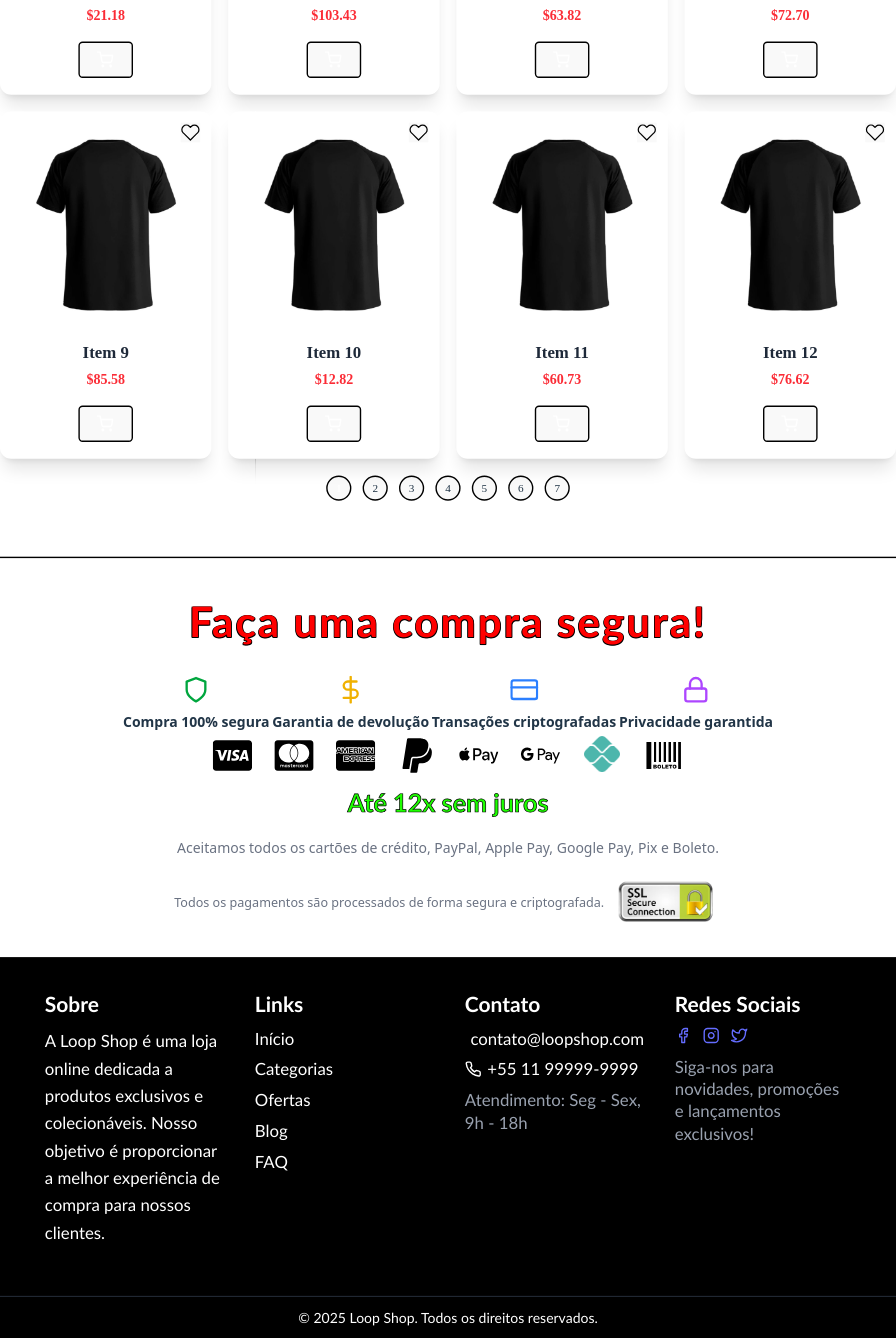
Repository: Kevin-Pro-Codes/looping-e-commerce
Page: / (app in loop-client/)
The author's editor kept a copy of each file at every save. The page is drawn from the files as they stood at one save, then again after the next save.
The browser window is 1280 px wide. The pictures show the part of the page from y = 1396 to 3316 px (the page is 3308 px tall before and 3316 px after), at 70% of full size.
The project was rebuilt for these pictures with package versions that can differ from the ones it lists, and the page was loaded fresh each time. Also part of the build but not shown: loop-client/vite.config.js.

Above is the page before, as saved 2025-10-02 19:11:30.

### loop-client/index.html
<!doctype html>
<html lang="en">
  <head>
    <meta charset="UTF-8" />
    <link rel="icon" type="image/svg+xml" href="/vite.svg" />
    <meta name="viewport" content="width=device-width, initial-scale=1.0" />
    <title>loop-client</title>
  </head>
  <body>
    <div id="root"></div>
    <script type="module" src="/src/main.jsx"></script>
  </body>
</html>

### loop-client/src/main.jsx
import { StrictMode } from 'react'
import { createRoot } from 'react-dom/client'
import "./index.css";
import App from './App.jsx'

createRoot(document.getElementById('root')).render(
  <StrictMode>
    <App />
  </StrictMode>,
)

### loop-client/src/index.css

@import "tailwindcss";


:root {
  font-family: "Calibri, sans-serif";
  line-height: 1.5;
  font-weight: 400;

  color-scheme: light dark;
  color: white;
  background-color: white;

  font-synthesis: none;
  text-rendering: optimizeLegibility;
  -webkit-font-smoothing: antialiased;
  -moz-osx-font-smoothing: grayscale;
}

a {
  font-weight: 500;
  color: #646cff;
  text-decoration: inherit;
}
a:hover {
  color: #535bf2;
}


body {
  margin: 0;
  min-width: 320px;
  min-height: 100vh;
  /* remove display: flex, place-items, justify-content */
}

h1 {
  font-size: 3.2em;
  line-height: 1.1;
}

/* Scrollbar track size */
html::-webkit-scrollbar,
body::-webkit-scrollbar {
  width: 8px;   /* vertical scrollbar */
  height: 8px;  /* horizontal scrollbar */

}

ul::-webkit-scrollbar {
  width: 6px; /* Adjust thickness */
}

/* Scrollbar track (background bar) */
html::-webkit-scrollbar-track,
body::-webkit-scrollbar-track
{
  background-color: rgba(0, 0, 0, 0.05); /* light gray or transparent */
  border-radius: 9999px;
}

ul::-webkit-scrollbar-track {

  border-radius: 9999px;
}

ul::-webkit-scrollbar-thumb {
  background-color: #000; /* totally black */
  border-radius: 9999px;
  border: 2px solid rgba(0, 0, 0, 0.76); /* optional: padding effect */
}

/* Scrollbar thumb (draggable part) */
html::-webkit-scrollbar-thumb,
body::-webkit-scrollbar-thumb {
  background: linear-gradient(
    135deg,
    #ff0000,  /* red */
    #ff7f00,  /* orange */
    #ffff00,  /* yellow */
    #00ff00,  /* green */
    #0000ff,  /* blue */
    #8b00ff   /* violet */
  );
  border-radius: 9999px;
  border: 2px solid rgb(0, 0, 0); /* optional: padding effect */

}



/* Optional: hover effect for thumb */
html::-webkit-scrollbar-thumb:hover,
body::-webkit-scrollbar-thumb:hover,
ul::-webkit-scrollbar-thumb:hover {
  background-color: #000; /* stay black on hover */
}



/* Drawer scrollbar */
.drawer-scroll::-webkit-scrollbar {
  width: 6px;   /* slightly larger for outlined style */
}


/* Thumb with extreme rounded ends + outline */
.drawer-scroll::-webkit-scrollbar-thumb {

  border-radius: 9999px;          /* capsule / pill shape */
  border: 2px solid black;
}

/* Hover */
.drawer-scroll::-webkit-scrollbar-thumb:hover {
  background-color: #222;
}




@keyframes scaleInOut {
  0% {
    transform: scale(1);
  }
  50% {
    transform: scale(1.15); /* zoom in */
  }
  100% {
    transform: scale(1); /* back to normal */
  }
}

.animate-scaleSlow {
  animation: scaleInOut 12s ease-in-out infinite;
  transform-origin: bottom center; /* <-- crucial */
}




/*
button {
  border-radius: 8px;
  border: 1px solid transparent;
  padding: 0.6em 1.2em;
  font-size: 1em;
  font-weight: 500;
  font-family: inherit;
  background-color: orange;
  cursor: pointer;
  transition: border-color 0.25s;
}

button:hover {
  border-color: #646cff;
}
button:focus,
button:focus-visible {
  outline: 4px auto -webkit-focus-ring-color;
}
*/
@media (prefers-color-scheme: light) {
  :root {
    color: #213547;
    background-color: #ffffff;
  }
  a:hover {
    color: #747bff;
  }
  button {
    background-color: #f9f9f9;
  }
}

### loop-client/src/App.jsx
import React, { useState } from "react";
import Navbar from "./components/Navbar";
import Footer from "./components/Footer";
import Pagamento from "./components/Pagamento";
import modelTshirt from "./assets/model-tshirt.png";
import showImage from "./assets/bigbg.png";
import kurt from "./assets/kurt.png";
import { FiHeart, FiShoppingCart } from "react-icons/fi";

// Items for the grid
const items = Array.from({ length: 80 }, (_, i) => ({
  id: i + 1,
  title: `Item ${i + 1}`,
  price: `$${(Math.random() * 100 + 10).toFixed(2)}`,
  image: modelTshirt,
}));

// Banner combos
const bannerCombos = [
  { bg: showImage, overlay: kurt, animated: true },
  { bg: "green", overlay: null, animated: true },
  { bg: "green", overlay: null, animated: true },
];

function App() {
  const [currentBanner, setCurrentBanner] = useState(0);
  const [favorites, setFavorites] = useState([]);
  const [currentPage, setCurrentPage] = useState(1);

  const itemsPerPage = 12;
  const totalPages = Math.ceil(items.length / itemsPerPage);

  const toggleFavorite = (id) => {
    setFavorites((prev) =>
      prev.includes(id) ? prev.filter((fid) => fid !== id) : [...prev, id]
    );
  };

  // Slice items for current page
  const pagedItems = items.slice(
    (currentPage - 1) * itemsPerPage,
    currentPage * itemsPerPage
  );


  return (
    <div className="flex flex-col min-h-screen">
      <Navbar />

     <main className="flex-1 bg-white pt-[130px] lg:pt-[95px]">

        {/* Banner Carousel */}
        <div className="
  relative w-full
  h-[60vh]        /* default: mobile */
  sm:h-[80vh]      /* small devices ≥640px */
  md:h-[70vh]      /* medium devices ≥768px */
  lg:h-[60vh]      /* large devices ≥1024px */
  xl:h-[55vh]      /* extra-large devices ≥1280px */
  2xl:h-[50vh]     /* ultra-large devices ≥1536px */
  rounded-xl overflow-hidden border-b-4 border-black
">

          {bannerCombos[currentBanner].bg === "green" ? (
            <div
              className="w-full h-full transition-transform duration-700 ease-in-out animate-scaleSlow opacity-50"
              style={{ backgroundColor: "green" }}
            />
          ) : (
            <img
              src={bannerCombos[currentBanner].bg}
              alt="Shop Banner"
              className={`w-full h-full object-cover transition-transform duration-700 ease-in-out ${
                bannerCombos[currentBanner].animated
                  ? "animate-scaleSlow opacity-50"
                  : ""
              }`}
            />
          )}

          {bannerCombos[currentBanner].overlay && (
            <img
              src={bannerCombos[currentBanner].overlay}
              alt="Overlay"
              className="absolute bottom-0 left-1/2 transform -translate-x-1/2 w-[35%] md:w-[21%] sm:w-[15%] object-contain animate-scaleSlow"
              style={{ maxHeight: "63%" }}
            />
          )}

          {/* Dots */}
          <div className="absolute bottom-4 left-1/2 transform pl-3 -translate-x-1/2 flex space-x-3">
            {bannerCombos.map((_, idx) => (
              <button
                key={idx}
                className={`w-4 h-4 rounded-full transition-colors duration-300 ${
                  idx === currentBanner ? "bg-red-500" : "bg-gray-400"
                }`}
                onClick={() => setCurrentBanner(idx)}
              />
            ))}
          </div>
        </div>

        {/* Grid of items */}
        <div className="grid grid-cols-1 sm:grid-cols-2 md:grid-cols-4 gap-6 w-full max-w-[1650px] mx-auto mt-6">
          {pagedItems.map((item) => {
            const isFavorited = favorites.includes(item.id);

            return (
              <div
                key={item.id}
                className="relative bg-white rounded-2xl shadow-xl flex flex-col items-center p-6 hover:scale-105 transition-transform duration-300"
                style={{ minHeight: "450px" }}
              >
                {/* Heart */}
                <button
                  className="absolute top-4 right-4 transition-colors duration-300"
                  onClick={() => toggleFavorite(item.id)}
                >
                  <FiHeart
                    size={28}
                    style={{
                      stroke: "black",
                      strokeWidth: 1.5,
                      fill: isFavorited ? "red" : "none",
                    }}
                  />
                </button>

                <img
  src={item.image}
  alt={item.title}
  className="w-full h-[280px] object-contain rounded-xl mb-6"
/>
                <h2 className="text-xl sm:text-2xl font-bold mb-2 text-gray-800 text-center">
                  {item.title}
                </h2>
                <p className="text-red-500 font-semibold mb-4 text-lg sm:text-xl text-center">
                  {item.price}
                </p>
                <div className="w-full flex justify-center mt-2">
                  <button className="flex items-center justify-center bg-red-500 text-white px-6 py-3 rounded-md border-2 border-black hover:bg-red-600 transition-colors">
                    <FiShoppingCart className="text-2xl mr-0.5" />
                  </button>
                </div>
              </div>
            );
          })}
        </div>

        {/* Pagination */}
        <div className="flex justify-center space-x-4 mt-6 mb-20">
          {Array.from({ length: totalPages }, (_, idx) => (
            <button
              key={idx}
              onClick={() => setCurrentPage(idx + 1)}
              className={`px-3 py-1 rounded-full border-2 border-black transition-colors ${
                currentPage === idx + 1 ? "bg-red-500 text-white" : "bg-white"
              }`}
            >
              {idx + 1}
            </button>
          ))}
        </div>
      </main>

      <Pagamento />
      <Footer />
    </div>
  );
}

export default App;

### loop-client/src/components/Navbar.jsx
import React, { useState } from "react";
import { FiShoppingCart, FiMenu, FiUser, FiSearch } from "react-icons/fi";

import logo from '../assets/logo.png';
import enFlag from "../assets/eng.png";
import ptFlag from "../assets/pt.png";

const categories = [
  "Rock and roll", "Games", "Desenhos", "Super-heróis", "Filmes", "Futebol", "Basquete", "Luta", "Motociclismo",
  "Tecnologia", "Profissões", "Países",
  "Dinheiro", "Engraçados", "Feminino", "Psicodélico", "Psicodélicos", "Yoga", "Espiritualidade", "Aleatório"
];

const Navbar = () => {
  const [menuOpen, setMenuOpen] = useState(false);
  const [language, setLanguage] = useState("en"); // Track language


  const toggleLanguage = () => {
    setLanguage(prev => (prev === "en" ? "pt" : "en"));
  };

  const currentFlag = language === "en" ? enFlag : ptFlag;

  return (
    <>
    <nav className="bg-white shadow-md fixed top-0 left-0 w-full z-50">

{/* Top navbar */}
<div className="flex flex-col sm:flex-row justify-between sm:items-center pt-2 pb-2">

  {/* Logo + Title */}
  <div className="flex items-center space-x-2 flex-shrink-0">
    <img
      src={logo}
      alt="Logo"
      className="h-10 w-auto sm:h-12 p-0 align-middle block"
    />
    <span
     className="font-bold text-3xl sm:text-3xl md:text-3xl lg:text-4xl tracking-wide leading-tight text-transparent whitespace-nowrap truncate"

      style={{ fontFamily: "Calibri, sans-serif", WebkitTextStroke: "0.05em black" }}
    >
      Loop Shop
    </span>
  </div>

  {/* Flag + Search + Icons */}
  <div className="flex flex-col sm:flex-row sm:ml-5 ml-4 mt-2 sm:mt-0 w-full sm:w-auto">
    <div className="flex items-center space-x-2 sm:space-x-3 w-full sm:w-auto">
      {/* Flag */}
      <img
        src={currentFlag}
        alt={language === "en" ? "English" : "Português"}
        className="h-10 w-10 sm:h-12 sm:w-12 object-cover cursor-pointer"
        onClick={toggleLanguage}
      />

      {/* Search box */}
      <div className="relative flex-1 min-w-[150px] max-w-[350px] sm:max-w-[500px] w-full">
        <FiSearch className="absolute left-3 top-1/2 transform -translate-y-1/2 text-black text-lg sm:text-xl" />
        <input
          type="text"
          placeholder="Procurar..."
          className="w-full border border-black rounded-md py-2 sm:py-3 pl-10 pr-3 focus:outline-none focus:ring-1 focus:ring-black text-black placeholder-black text-base sm:text-lg"
        />
      </div>

      {/* Cart + Profile */}
      <div className="flex items-center space-x-2 sm:space-x-3 mt-2 sm:mt-0">
        <button className="relative sm:p-3 rounded-full hover:bg-gray-100">
          <FiShoppingCart className="text-2xl sm:text-3xl text-black" />
          <span className="absolute -top-1 -right-1 bg-red-500 text-white text-xs sm:text-sm font-bold rounded-full w-5 h-5 sm:w-6 sm:h-6 flex items-center justify-center">
            5
          </span>
        </button>

        <button className="p-2 sm:p-3 mr-5 rounded-full hover:bg-gray-100">
          <FiUser className="text-2xl sm:text-3xl text-black" />
        </button>
      </div>
    </div>
  </div>




</div>




{/* Second navbar: Hamburger + items */}
<div
  className="w-full flex items-center pl-0 pr-4 sm:pl-1 sm:pr-6 py-1 border-t-1 shadow-inner bg-black"
>


  {/* Hamburger button - always visible */}
  <button
    className="p-0 m-0 flex items-center justify-center rounded-full group"
    onClick={() => setMenuOpen(true)}
  >
    <FiMenu
      className="text-white text-3xl sm:text-4xl md:text-5xl pl-1 leading-none transition-colors duration-300 group-hover:text-yellow-400"
    />
  </button>

  {/* Horizontal items - hidden on mobile, shown from sm */}
  <div className="ml-4 hidden sm:flex flex-wrap gap-4 overflow-x-auto items-center justify-center whitespace-nowrap">
    {["CAMISETAS","REGATAS","BLUSAS","SHORTS","FEMININAS","BONÉS","CHINELOS", "TAPETES", "CANECAS", "INGRESSOS"].map((item, idx) => (
      <span
        key={idx}
        className="text-white text-sm sm:text-base md:text-lg mr-5 ml-2 hover:text-yellow-400 cursor-pointer font-sans"
        style={{ fontFamily: 'Calibri, sans-serif' }}
      >
        {item}
      </span>
    ))}
  </div>


</div>
</nav>

   {/* Left-side menu drawer */}
{menuOpen && (
  <div className="fixed top-0 left-0 h-full bg-white shadow-xl z-50 rounded-xl w-full sm:w-2/3 md:w-1/2 lg:w-5/12 xl:w-1/4 flex flex-col p-6">

    {/* Header: Menu title + Close button */}
    <div className="flex justify-between items-center p-4 border-b flex-shrink-0">
      <h2
        className="font-bold text-4xl sm:text-5xl leading-tight whitespace-nowrap"
        style={{ fontFamily: "Calibri, sans-serif", color: "black" }}
      >
        Categorias
      </h2>

      {/* Close button */}
       <button
      onClick={() => setMenuOpen(false)}
      className="absolute top-11 right-3 rounded-full transition "
    >
        <div style={{ position: "relative", width: "2.3rem", height: "2.3rem" }}>
          <div
            style={{
              position: "absolute",
              top: "50%",
              left: "50%",
              width: "100%",
              height: "0.3rem",
              backgroundColor: "red",
              borderRadius: "9999px",
              transform: "translate(-50%, -50%) rotate(45deg)",
              border: "1px solid black",
            }}
          />
          <div
            style={{
              position: "absolute",
              top: "50%",
              left: "50%",
              width: "100%",
              height: "0.3rem",
              backgroundColor: "red",
              borderRadius: "9999px",
              transform: "translate(-50%, -50%) rotate(-45deg)",
              border: "1px solid black",
            }}
          />
        </div>
      </button>
    </div>

    {/* Category list */}
    <div className="flex-1 overflow-y-auto drawer-scroll">
      <ul className="p-3 space-y-3">
        {categories.map((cat, index) => (
          <li
            key={index}
            className="p-2 rounded cursor-pointer text-black text-xl md:text-3xl"
            style={{ fontFamily: "Calibri, sans-serif" }}
          >
            {cat}
          </li>
        ))}
      </ul>
    </div>
  </div>




)}

    </>
  );
};

export default Navbar;

### loop-client/src/components/Footer.jsx
import React from "react";
import { FiFacebook, FiInstagram, FiTwitter, FiMail, FiPhone } from "react-icons/fi";

const Footer = () => {
  return (
    <footer className="bg-black text-white w-full mt-12" style={{ fontFamily: "Calibri, sans-serif" }}>
      <div className="w-full px-6 md:px-16 py-12 grid grid-cols-1 md:grid-cols-4 gap-12">

        {/* Sobre Nós */}
        <div>
          <h3 className="text-3xl font-bold mb-4">Sobre</h3>
          <p className="text-white text-2xl leading-relaxed">
            A Loop Shop é uma loja online dedicada a produtos exclusivos e colecionáveis.
            Nosso objetivo é proporcionar a melhor experiência de compra para nossos clientes.
          </p>
        </div>

        {/* Links Rápidos */}
        <div>
          <h3 className="text-3xl font-bold mb-4">Links</h3>
          <ul className="space-y-3 text-2xl">
            <li className="hover:text-yellow-400 cursor-pointer transition-colors">Início</li>
            <li className="hover:text-yellow-400 cursor-pointer transition-colors">Categorias</li>
            <li className="hover:text-yellow-400 cursor-pointer transition-colors">Ofertas</li>
            <li className="hover:text-yellow-400 cursor-pointer transition-colors">Blog</li>
            <li className="hover:text-yellow-400 cursor-pointer transition-colors">FAQ</li>
          </ul>
        </div>

        {/* Contato */}
        <div>
          <h3 className="text-3xl font-bold mb-4">Contato</h3>
          <ul className="space-y-3 text-2xl">
            <li className="flex items-center gap-2 text-white">
              <FiMail /> contato@loopshop.com
            </li>
            <li className="flex items-center gap-2 text-white">
              <FiPhone /> +55 11 99999-9999
            </li>
            <li className="text-gray-400 text-2xl mt-2">
              Atendimento: Seg - Sex, 9h - 18h
            </li>
          </ul>
        </div>

        {/* Redes Sociais */}
        <div>
          <h3 className="text-3xl font-bold mb-4">Redes Sociais</h3>
          <div className="flex gap-4 mb-4">
            <a href="#" className="hover:text-yellow-400 transition-colors text-white"><FiFacebook size={24} /></a>
            <a href="#" className="hover:text-yellow-400 transition-colors text-white"><FiInstagram size={24} /></a>
            <a href="#" className="hover:text-yellow-400 transition-colors text-white"><FiTwitter size={24} /></a>
          </div>
          <p className="text-gray-400 text-2xl">
            Siga-nos para novidades, promoções e lançamentos exclusivos!
          </p>
        </div>

      </div>

      {/* Linha de copyright */}
      <div className="border-t border-gray-700 mt-6">
        <p className="text-white text-center py-4 text-xl">
          &copy; {new Date().getFullYear()} Loop Shop. Todos os direitos reservados.
        </p>
      </div>
    </footer>
  );
};

export default Footer;

### loop-client/src/components/Pagamento.jsx
import React from "react";
import { FiShield, FiCreditCard, FiDollarSign, FiLock } from "react-icons/fi";
import {
  FaPaypal,
  FaCcVisa,
  FaCcMastercard,
  FaCcAmex,
  FaApplePay,
  FaGooglePay,
} from "react-icons/fa";
import sslImg from "../assets/ssl.png";
import pixImg from "../assets/pix.png";
import boletoImg from "../assets/boleto.png";

const Pagamento = () => {
  return (
    <section className="w-full font-sans">
      {/* Black bar on top */}
      <div className="w-full h-0.5 bg-black mb-15" />

      {/* Main white section */}
      <div className="bg-white w-full px-6 md:px-24">
        {/* Título */}
   <h2
  className="text-6xl font-bold text-center mb-12"
  style={{
    fontFamily: "Calibri, sans-serif",
    color: "red",
    letterSpacing: "3px", // <-- Add this line for spacing between letters
    textShadow: `
      -1px -1px 0 #000,
       1px -1px 0 #000,
      -1px  1px 0 #000,
       1px  1px 0 #000
    `
  }}
>
  Faça uma compra segura!
</h2>



        {/* Selos de segurança */}
        <div className="flex flex-col md:flex-row items-center justify-center gap-1 mb-1 text-center">
          <div className="flex flex-col items-center gap-3">
            <FiShield size={40} className="text-green-600" />
            <p className="text-xl font-semibold">Compra 100% segura</p>
          </div>
          <div className="flex flex-col items-center gap-3">
            <FiDollarSign size={40} className="text-yellow-500" />
            <p className="text-xl font-semibold">Garantia de devolução</p>
          </div>
          <div className="flex flex-col items-center gap-3">
            <FiCreditCard size={40} className="text-blue-500" />
            <p className="text-xl font-semibold">Transações criptografadas</p>
          </div>
          <div className="flex flex-col items-center gap-3">
            <FiLock size={40} className="text-purple-500" />
            <p className="text-xl font-semibold">Privacidade garantida</p>
          </div>
        </div>

        {/* Formas de pagamento */}
        <div className="flex flex-row flex-wrap items-center justify-center gap-8 mb-4">
          <FaCcVisa size={56} className="text-black" />
          <FaCcMastercard size={56} className="text-black" />
          <FaCcAmex size={56} className="text-black" />
          <FaPaypal size={56} className="text-black" />
          <FaApplePay size={56} className="text-black" />
          <FaGooglePay size={56} className="text-black" />
           {/* Pix */}
  <div className="flex flex-col items-center">
    <img src={pixImg} alt="Pix" className="w-14 h-14" />
    <span className="mt-1 text-sm font-semibold text-green-700"></span>
  </div>

  {/* Boleto */}
  <div className="flex flex-col items-center">
    <img src={boletoImg} alt="Boleto" className="w-14 h-14" />
    <span className="mt-1 text-sm font-semibold text-blue-700"></span>
  </div>
</div>

        {/* 12x sem juros message */}
        <div className="text-center mb-8">
          <p
            className="text-4xl md:text-4xl font-semibold"
            style={{
              fontFamily: "Calibri, sans-serif",
              color: "#1eff00ff",
              WebkitTextStroke: "1px black",
              textStroke: "1px black",
            }}
          >
            Até 12x sem juros
          </p>
        </div>

        {/* Parcelamento e destaque */}
        <div className="text-center mb-8">
          <p className="text-gray-500 text-lg md:text-xl">
            Aceitamos todos os cartões de crédito, PayPal, Apple Pay, Google Pay, Pix e Boleto.
          </p>
        </div>

        {/* Observação com selo SSL */}
        <div className="flex items-center justify-center gap-2">
          <p className="text-center text-gray-500 text-base md:text-lg">
            Todos os pagamentos são processados de forma segura e criptografada.
          </p>
          <img src={sslImg} alt="SSL Secure" className="w-40 h-auto" />
        </div>
      </div>
    </section>
  );
};

export default Pagamento;

After the next save:
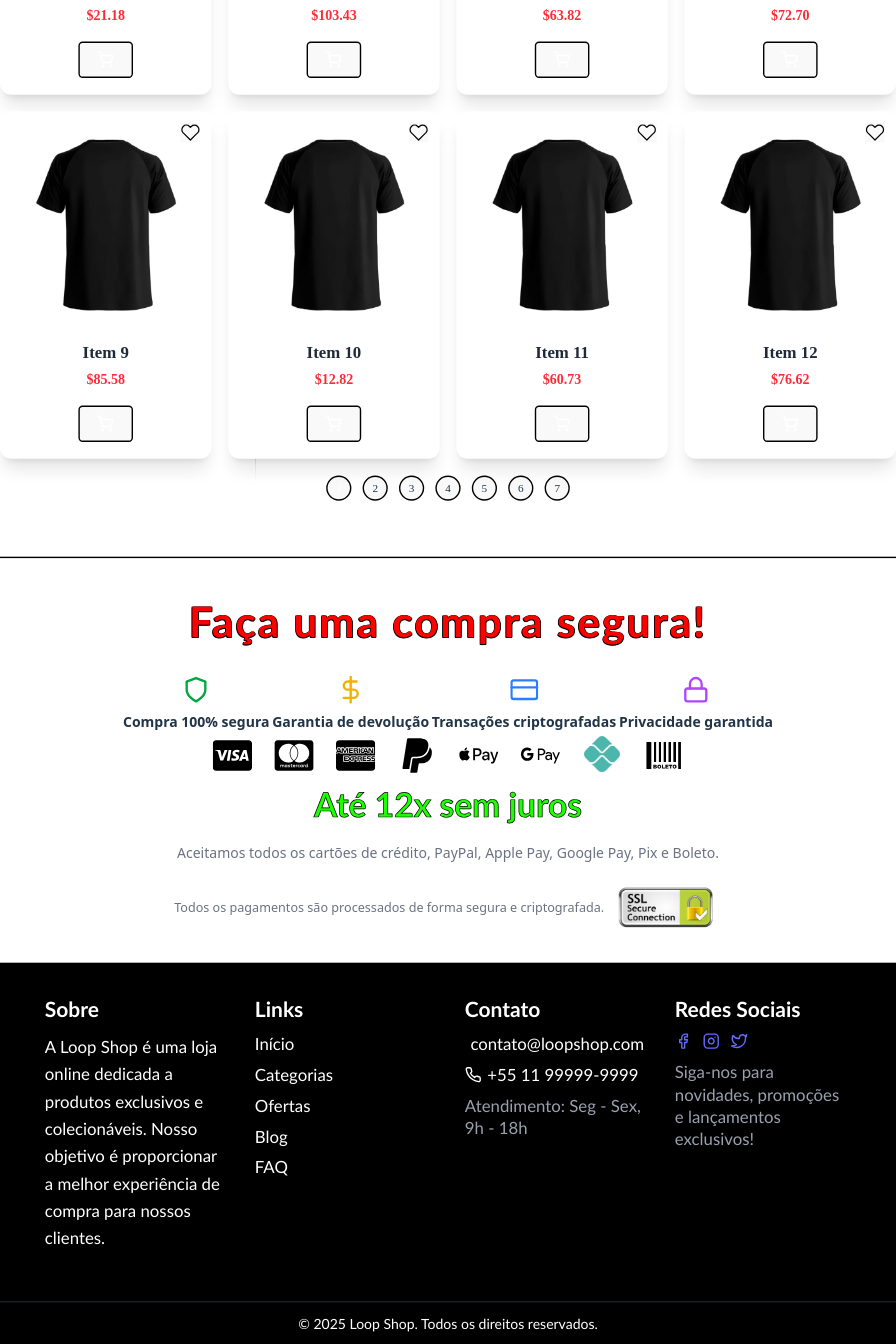
Saved 11 s later.
--- a/loop-client/src/components/Pagamento.jsx
+++ b/loop-client/src/components/Pagamento.jsx
@@ -84,7 +84,7 @@ const Pagamento = () => {
         {/* 12x sem juros message */}
         <div className="text-center mb-8">
           <p
-            className="text-4xl md:text-4xl font-semibold"
+            className="text-4xl md:text-5xl font-semibold"
             style={{
               fontFamily: "Calibri, sans-serif",
               color: "#1eff00ff",
